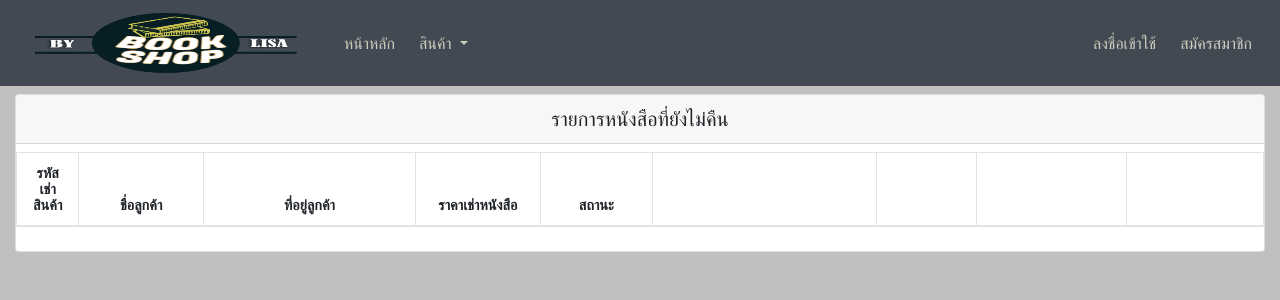
Repository: peawza/shopbook
Page: http://localhost/returnproduct.php?Order_id=24
An editor plug-in stored every save of this project. The page is shown before and after the next save, followed by the edit.
The browser window is 1280 px wide. The pictures show the whole page.
The page is run by PHP 8.4 with error messages shown; the project is at /var/www/html/. The database holds what the project's SQL file puts in it.

Above is the page before, as saved 2020-10-01 09:59:06.

After the next save:
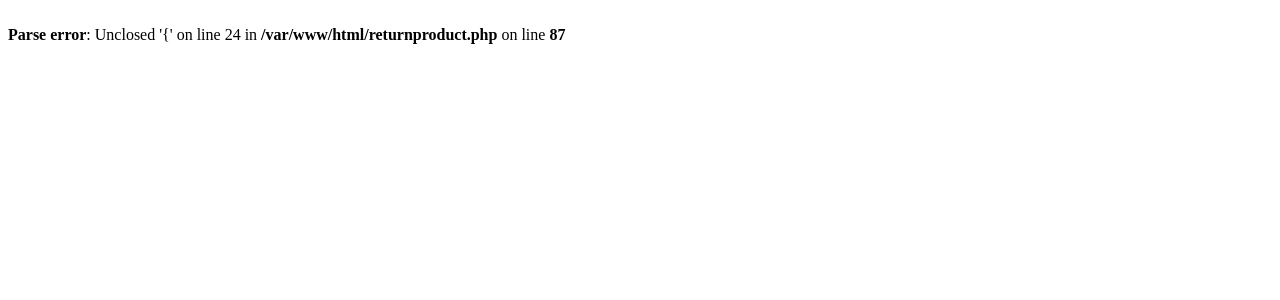
Saved 99 s later.
--- a/returnproduct.php
+++ b/returnproduct.php
@@ -20,6 +20,11 @@
 
     ?>
 </head>
+<?php
+if (isset($_GET['Order_id'])) {
+
+
+?>
 
 <body>
     <div class="container-fluid py-2">
@@ -44,7 +49,7 @@
                     </thead>
                     <tbody>
                         <?php
-                        if (isset($_GET['Order_id'])) {
+
                             $orderid = $_GET['Order_id'];
                             $selectproduct = "SELECT * FROM `orders`,`user`,`orderrent` WHERE `user`.`User_ID`=`orders`.`User_ID`AND`orders`.`orders_id`= `orderrent`.`orderrent_id`AND `orderrent`.`orderrent_id`= '" . $orderid . "'";
                             $resulproduct = mysqli_query($conn, $selectproduct);
@@ -54,11 +59,7 @@
 
                                 //echo '<pre>';
                             }
-                        } else {
 
-
-                            echo 'null';
-                        }
 
 
                         ?>

After the 2 saves that followed:
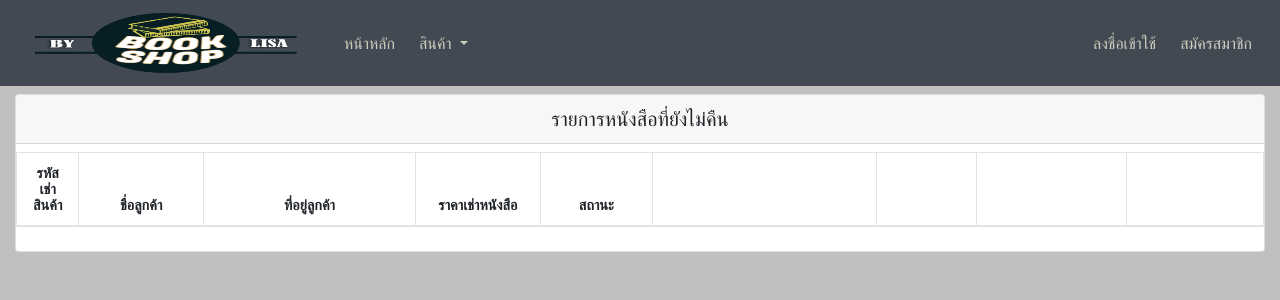
The 2 saves are shown as one change because they came seconds apart.
The last was saved 17 s later.
--- a/returnproduct.php
+++ b/returnproduct.php
@@ -62,7 +62,7 @@
 
 
 
-                        ?>
+                            ?>
                     </tbody>
                     </thead>
                 </table>
@@ -81,6 +81,7 @@
 
 </body>
 <?php
+}
 include('include\importjavascript.php');
 ?>
 
